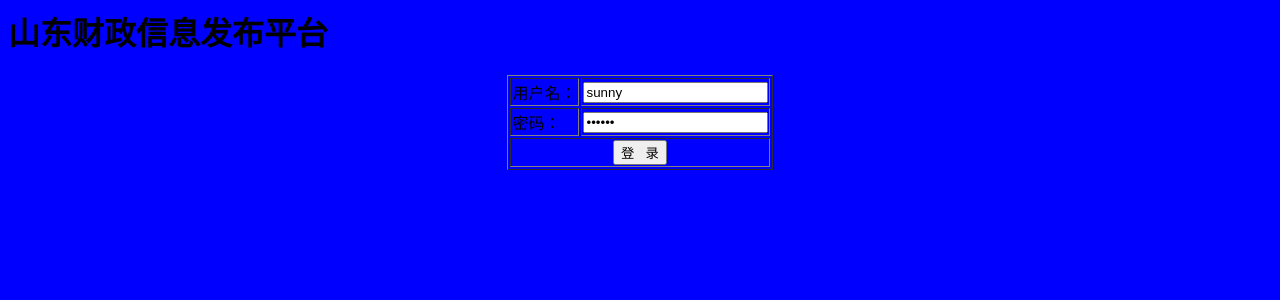
Repository: Fuhai-Chen/javaweb
Page: http://localhost/Chapter_4_example/session/login.jsp
The author's editor kept a copy of each file at every save. The page is drawn from the files as they stood at one save, then again after the next save.
The browser window is 1280 px wide. The pictures show the whole page.
The page is served by Tomcat 9.

Above is the page before, as saved 2020-09-27 07:15:54.

### Chapter_4_example/WebRoot/session/login.jsp
<%@ page language="java" import="java.util.*" pageEncoding="UTF-8"%>
<%
String path = request.getContextPath();
String basePath = request.getScheme()+"://"+request.getServerName()+":"+request.getServerPort()+path+"/";
%>

<!DOCTYPE HTML PUBLIC "-//W3C//DTD HTML 4.01 Transitional//EN">
<html>
  <head>
    <base href="<%=basePath%>">

    <title>My JSP 'login.jsp' starting page</title>

	<meta http-equiv="pragma" content="no-cache">
	<meta http-equiv="cache-control" content="no-cache">
	<meta http-equiv="expires" content="0">
	<meta http-equiv="keywords" content="keyword1,keyword2,keyword3">
	<meta http-equiv="description" content="This is my page">
	<!--
	<link rel="stylesheet" type="text/css" href="styles.css">
	-->

  </head>
  <%
  	session.setAttribute("username","sunny");
	session.setAttribute("password","123456");
	//先设定默认值
   %>

  <body bgcolor = "blue">
  	<form action = "ch4/session/loginSuccess.jsp" method = "post">
  		<h1>山东财政信息发布平台</h1>
  		<table border = "1" align = "center">
  			<tr>
  				<td>
  					用户名：
  				</td>
  				<td>
  					<input type = "text" name = "username" value = <%=(String)session.getAttribute("username") %> /><!-- 不自定义时，使用规定默认值。 -->
  				</td>
  			</tr>
  			<tr>
  				<td>
  					密码：
  				</td>
  				<td>
  					<input type = "password" name = "password" value = <%=(String)session.getAttribute("password") %> />
  				</td>
  			</tr>
  			<tr align = "center">
  				<td colspan = "2">
  					<input type = "submit" value = "登   录">
  				</td>
  			</tr>
  		</table>
  	</form>
  </body>
</html>

After the next save:
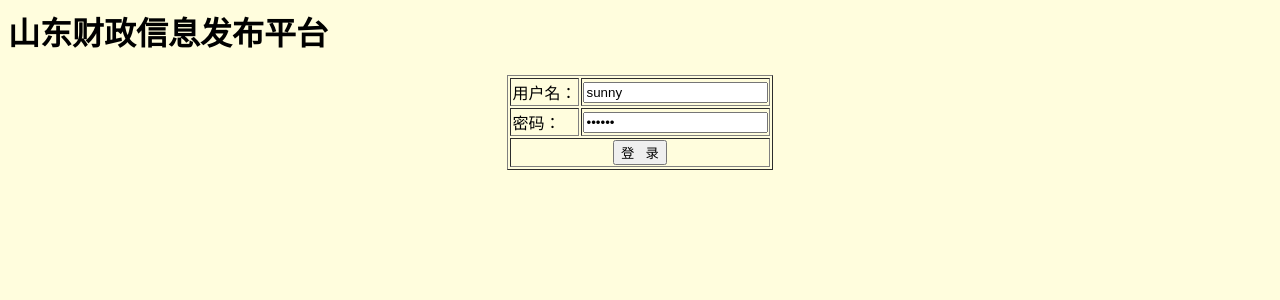
Saved 18 s later.
--- a/Chapter_4_example/WebRoot/session/login.jsp
+++ b/Chapter_4_example/WebRoot/session/login.jsp
@@ -27,7 +27,7 @@ String basePath = request.getScheme()+"://"+request.getServerName()+":"+request.
 	//先设定默认值
    %>
 
-  <body bgcolor = "blue">
+  <body bgcolor = "#fffddd">
   	<form action = "ch4/session/loginSuccess.jsp" method = "post">
   		<h1>山东财政信息发布平台</h1>
   		<table border = "1" align = "center">
